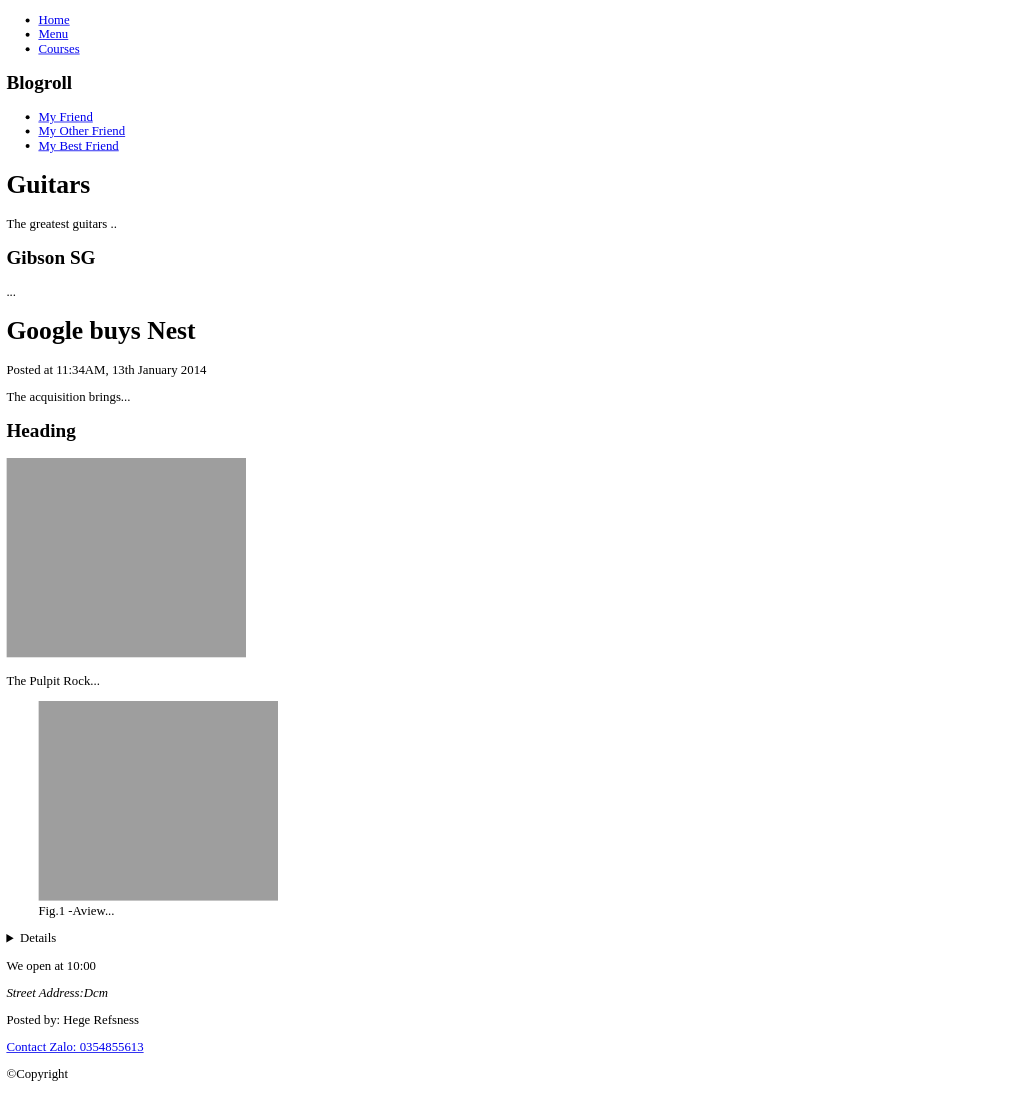
Repository: Helianthusss/Learn-CPP
Page: HTML/menu.html
An editor plug-in stored every save of this project. The page is shown before and after the next save, followed by the edit.
The browser window is 1280 px wide. The pictures show the whole page, at 80% of full size.
Pictures or frames that could not be fetched are drawn as grey boxes.

Above is the page before, as saved 2021-09-22 08:49:24.

### HTML/menu.html
<!DOCTYPE html>
<html lang="en">
  <head>
    <meta charset="UTF-8" />
    <meta http-equiv="X-UA-Compatible" content="IE=edge" />
    <meta name="viewport" content="width=device-width, initial-scale=1.0" />
    <title>Document</title>
    <nav id="topmenu">
      <ul>
        <li><a href="#"> Home</a></li>
        <li><a href="#"> Menu</a></li>
        <li><a href="#"> Courses</a></li>
      </ul>
    </nav>
    <aside>
      <h2>Blogroll</h2>
      <ul>
        <li><a href="#">My Friend</a></li>
        <li><a href="#">My Other Friend</a></li>
        <li><a href="#">My Best Friend</a></li>
      </ul>
    </aside>
    <main>
      <h1>Guitars</h1>
      <p>The greatest guitars ..</p>
      <article>
        <h2>Gibson SG</h2>
        <p>...</p>
      </article>
    </main>
  </head>
  <body>
    <header>
      <h1>Google buys Nest</h1>
      <p>
        Posted at
        <time datetime="2014-01-13T11:34">11:34AM, 13th January 2014</time>
      </p>
    </header>
    <p>The acquisition brings...</p>
    <section>
      <h2>Heading</h2>
      <img
        src="https://banner2.cleanpng.com/20190503/bgo/kisspng-bird-stock-photography-budgerigar-image-parrot-5ccca2f9a8f279.197699411556914937692.jpg"
        width="300"
        height="250"
      />
    </section>
    <p>The Pulpit Rock...</p>
    <figure>
      <img
        src="https://banner2.cleanpng.com/20190504/gxj/kisspng-finches-stock-photography-stock-xchng-5cce3a0c922b54.0222952715570191485987.jpg"
        alt="this is bird"
        width="300"
        height="250"
      />
      <figcaption>Fig.1 -Aview...</figcaption>
    </figure>
    <details><p>More info about the details.</p></details>
    <p>We open at <time>10:00</time></p>
    <address>Street Address:Dcm</address>
  </body>
  <footer>
    <p>Posted by: Hege Refsness</p>
    <p><a href="anhtrankoc@gmail.com">Contact Zalo: 0354855613</a></p>
    <p>&copy;Copyright</p>
  </footer>
</html>

After the next save:
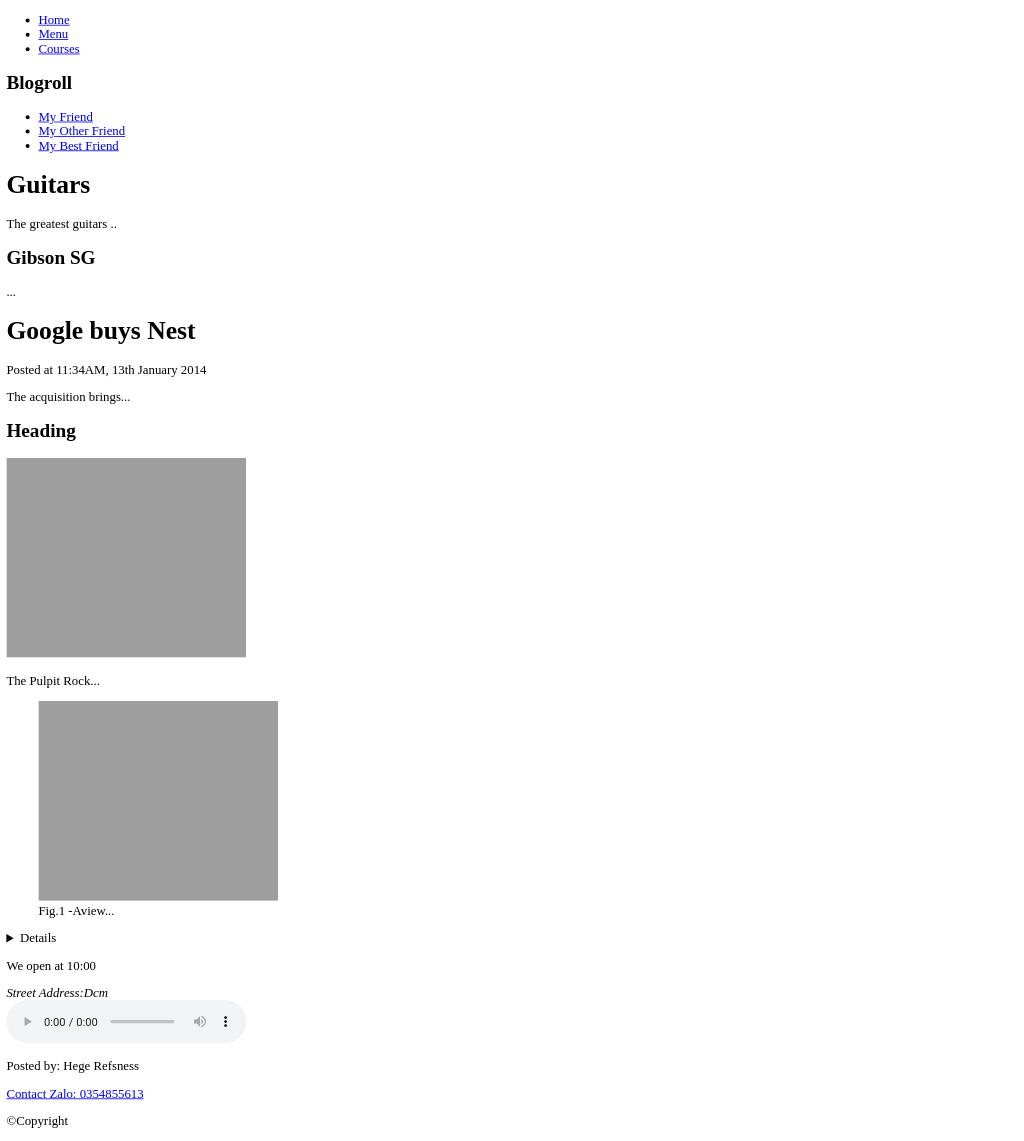
Saved 6 min 8 s later.
--- a/HTML/menu.html
+++ b/HTML/menu.html
@@ -59,6 +59,7 @@
     <details><p>More info about the details.</p></details>
     <p>We open at <time>10:00</time></p>
     <address>Street Address:Dcm</address>
+    <audio controls autoplay><source src=" nhac" type="audio/mpeg" /></audio>
   </body>
   <footer>
     <p>Posted by: Hege Refsness</p>
